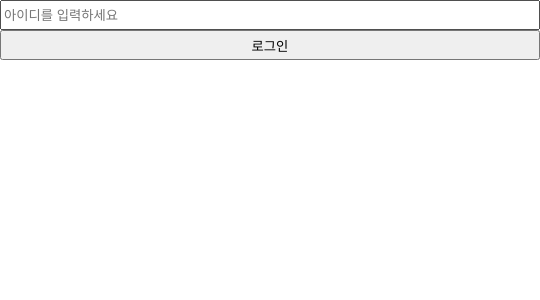
Repository: mekeyace/portfolio
Page: http://localhost/web/mobile.jsp
The author's editor kept a copy of each file at every save. The page is drawn from the files as they stood at one save, then again after the next save.
The browser window is 375 px wide. The page is 540 px wide, so the pictures cover 540 px, including what lies to the right of the window. The pictures show the whole page.
The page is served by Tomcat 9.

Above is the page before, as saved 2023-06-22 06:06:10.

After the next save:
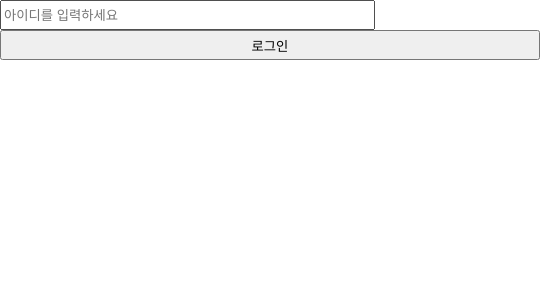
Saved 67 s later.
--- a/maven/web/src/main/webapp/mobile.jsp
+++ b/maven/web/src/main/webapp/mobile.jsp
@@ -28,7 +28,7 @@ box-sizing: border-box;
 
 @media screen and (min-width:341px) and (max-width:580px){
 .mid {
-width:540px;
+width:100%;
 }
 .btn{
 width:540px;
